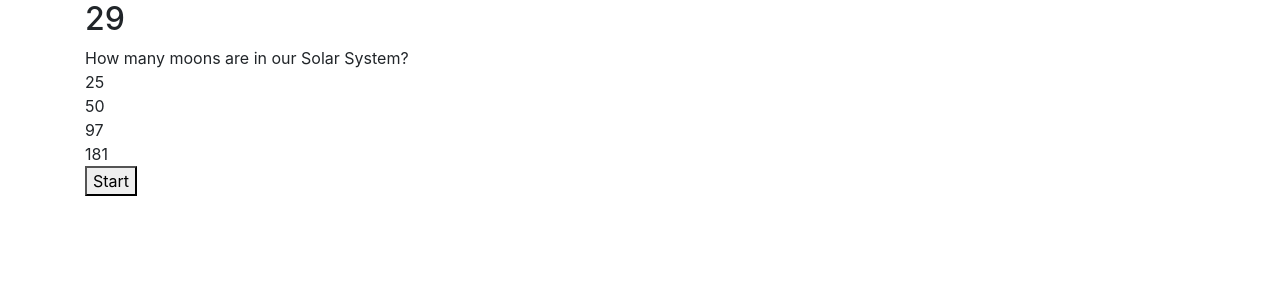
Repository: dsaftler/Trivia
Page: index.html
An editor plug-in stored every save of this project. The page is shown before and after the next save, followed by the edit.
The browser window is 1280 px wide. The pictures show the whole page.
After loading, the first visible `#newGame` was clicked once.

Above is the page before, as saved 2019-04-12 23:18:57.

### index.html
<!DOCTYPE html>
<html lang="en">
<head>
  <meta charset="UTF-8">
  <meta name="viewport" content="width=device-width, initial-scale=1.0">
  <meta http-equiv="X-UA-Compatible" content="ie=edge">
  <link rel="stylesheet" href="https://stackpath.bootstrapcdn.com/bootstrap/4.3.1/css/bootstrap.min.css"
    integrity="sha384-ggOyR0iXCbMQv3Xipma34MD+dH/1fQ784/j6cY/iJTQUOhcWr7x9JvoRxT2MZw1T" crossorigin="anonymous">
  <!-- custom css -->
  <link rel="stylesheet" href="assets/css/style.css" type="text/css">

  <title>Trivia Game</title>
</head>
<body>
<div class="container">
  <div class="showTimer"><span id="timer"></span></div>
  <div class="showQuestion"><span id="question"></span></div>
  <div class="showAnswer"><span id="answer"></span></div>
  <div id="showWinsCnt"><span id="wins"></span></div>
  <div id="showLoseCnt"><span id="wrongs"></span></div>
  <div id="showMissCnt"><span id="misses"></span></div>
  <div class="answers" id="answer0"></div>
  <div class="answers" id="answer1"></div>
  <div class="answers" id="answer2"></div>
  <div class="answers" id="answer3"></div>
  <button id="newGame" onclick="initGame()">Start</button>
  <!-- <button id="temp1" onclick="newQuestion()">Next Question?</button> -->
</div>

<!-- bootstrap scripts -->
<script src="https://code.jquery.com/jquery-3.3.1.slim.min.js"
  integrity="sha384-q8i/X+965DzO0rT7abK41JStQIAqVgRVzpbzo5smXKp4YfRvH+8abtTE1Pi6jizo" crossorigin="anonymous"></script>
<script src="https://cdnjs.cloudflare.com/ajax/libs/popper.js/1.14.7/umd/popper.min.js"
  integrity="sha384-UO2eT0CpHqdSJQ6hJty5KVphtPhzWj9WO1clHTMGa3JDZwrnQq4sF86dIHNDz0W1" crossorigin="anonymous"></script>
<script src="https://stackpath.bootstrapcdn.com/bootstrap/4.3.1/js/bootstrap.min.js"
  integrity="sha384-JjSmVgyd0p3pXB1rRibZUAYoIIy6OrQ6VrjIEaFf/nJGzIxFDsf4x0xIM+B07jRM" crossorigin="anonymous"></script>
<script src="assets/javascript/app.js"></script>


</body>
</html>

### assets/css/style.css
.showTimer
.showQuestion
.showAnswer
.showWinsCnt
.showLoseCnt
.answers

### assets/javascript/app.js
// Advanced game has a 30 second timer that counts down to 0 for each question
// If the timer is 0 OR  a wrong answer is chosen:
  // show the correct answer for 5 seconds
// display a new question
// restart the timer with no user interaction

// questions are contained in an array with question, array of answers, index of correct answer
// question shows in questionId
// "Correct"  or "Correct Answer" shows in answerId
// 4 possible answers show in 4 clickable buttons
// buttons have hover behavior
//  only one can be selected (by click)

// scores for Wins, Losses, and Unanswered are kept (correct, wrong, timer ==0)
// ask to play again in link
// click on play restarts the game without re-loading the page

var qArray =[];
var wins, wrongs, misses, seconds;
var correctAnswerId;
var timer;
var seconds;
var isNewGame = true;
var timerRunning=false;
var i;

// var States = {
//   PREGAME: 1,
//   PLAYING: 2,
//   GAMEOVER: 3,
//   YOUWON: 4
// };
// var GameState = States.PREGAME;


$(document).ready(function () {
  //initGame();
  $(".answers").click(function() {
    stopTimer();
    var $target = $(this).attr("id")
    for(let j = 0; j<4; j++) {
      jtarget = "answer" + j
      //console.log(jtarget)
      if (jtarget === $target){
        if (j === correctAnswerId){
          win();
        } else {
          lose();
        }
      }
    }
  })
})

function initGame() {

  wins = 0;
  wrongs = 0;
  misses = 0;
  i = 0;
  loadQuestions();
  newQuestion(i);
  //qArray.jsGameState = States.PLAYING;
 // newQuestion();
}


function newQuestion(i)
{
  // show game pieces: question, answers
  if(i>qArray.length){
    gameOver();
  }

  console.log(qArray[i]);
  $("#question").text(qArray[i].question);
  $("#answer0").text(qArray[i].ansArray[0]);
  console.log(qArray[i].ansArray[0]);
  $("#answer1").text(qArray[i].ansArray[1]);
  $("#answer2").text(qArray[i].ansArray[2]);
  $("#answer3").text(qArray[i].ansArray[3]);
  correctAnswerId = qArray[i].correct;
  console.log(qArray[i].ansArray[correctAnswerId]);
  info = qArray[i].extra;
  seconds = 30;
  showTime();
  timer = setInterval(tick, 1000);

}


function gameOver()
{
  $("#wins").text(wins);
  $("#wrongs").text(wrongs);
  $("#misses").text(misses);
  $("#newGame").text("Play Again?");
  $("#newGame").show();
}


//  The decrement function.
function tick()
{
  //  Decrease number by one.

  seconds--;
  if (seconds < 0) {
    //  ...run the stop function.
    stopTimer()
    //  Alert the user that time is up.
    miss();
    //document.getElementById("temp1").style.display = "block";
    return;
  }
  showTime();

}

function stopTimer()
{
  clearInterval(timer);
}

//  Execute the run function.
function showTime()
{
 $("#timer").html("<h2>" + seconds + "</h2>");
 console.log(seconds);
}
function win() {
  alert("Correct");
  wins++;
  newQuestion(i++);
}
function lose() {
  alert("Incorrect")
  wrongs++
  newQuestion(i++);
}
function Miss(){
  misses++;
  newQuestion(i++);
 // showMisses
}
function loadQuestions(){
qArray = [
    {
      question: "How many moons are in our Solar System?",
      correct: 3,
      ansArray: [25, 50, 97, 181],
      extra: "These moons (also known as natural satellites) vary greatly in size and quantity per planet. For example, the largest moon is Jupiter’s Ganymede, and the smallest is Mar’s Deimos. Ganymede has a diameter of 3,273 miles, and Deimos has a diameter of 7 miles."
    },
    {
      question: "What percent of the universe is dark matter? (Plus or minus 2%.)",
      correct: 1,
      ansArray: ["15%", "27%", "50%", "80%"],
      extra: "The rest of the universe is around 68% dark energy, and less than 5% of the universe is made up of what we would consider ‘normal’ matter. This means that roughly 80% of the mass of the universe is made up of material we cannot see."
    },
    {
      question: "What is the most common type of star found in the Milky Way?",
      correct: 1,
      ansArray: ["Neutron stars", "Red dwarf stars", "Supernovae", "G-type"],
      extra: "Red dwarf stars make up an estimated ¾ of all stars found in the Milky Way. The surface temperature of red dwarf stars is less than 4,000 Kelvin, and they have a very low luminosity and therefore cannot be easily seen. In fact, from Earth not one red dwarf star can be seen with the naked eye. Since they develop very slowly and are constant for trillions of years, there are actually no advanced stars of this type in our galaxy because our galaxy is too young!"
    },
    {
      question: "What is the closest star to the Sun?",
      correct: 0,
      ansArray: ["Proxima Centauri", "Tau Ceti", "51 Pegasi", "Rigel"],
      extra: "Proxima Centauri is a red dwarf star located in Alpha Centauri system, which is in the Centaurus constellation. Alpha Centauri is actually a triple star system with Proxima Centauri being the closest to the sun. It is 4.24 light years away from the sun, and is not visible to the naked eye from Earth."
    },
    {
      question: "What has a gravitational pull so strong that even light cannot escape it?",
      correct: 2,
      ansArray: ["Quantum gravity well", "3rd law of thermodynamics", "Black hole", "Mutual attraction"],
      extra: "Black holes are one of the deadliest things in the universe. They are formed when a star with a mass more than three times that of our sun dies and collapses onto itself after an explosion called a supernova. Black holes can siphon the gas out of stars until they vanish. They can even break apart and swallow planets."
    },
    {
      question: "Which NASA space flight was the last manned mission to the moon?",
      correct: 3,
      ansArray: ["Skylab 4", "Gemini 12", "Skynet 3", "Apollo 17"],
      extra: "Apollo 17 launched on December 7, 1972 as the first night launch done by NASA. It was also the final mission of NASA’s Apollo program. Apollo 17 was the last time humans traveled beyond low Earth orbit. The mission also boasted that at the time it had the longest moon landing, largest lunar samples, longest time in orbit, and the longest total moonwalks."
    },
    {
      question: "What is the longest continuous time a human has spent in space? (Plus or minus 20 days.)",
      correct: 2,
      ansArray: ["37 days", "189 days", "437 days", "500 days"],
      extra: "This amounts to more than 14 months in space. This feat was accomplished by Valeri Polyakov, a Russian astronaut who stayed aboard the Mir space station from January 1994 to March 1995. When Polyakov retired he had over 678 cumulative days in space, and his combined space time was over 22 months."
    },
    {
      question: "How much time does sun rays take to reach earth?",
      correct: 2,
      ansArray: ["58 seconds", "3.5 minutes", "8 minutes", "14 minutes"],
      extra: "The speed of light in vacuum, commonly denoted c, is a universal physical constant important in many areas of physics. Its exact value is299,792,458 meters per second (approximately 300,000 km/s (186,000 mi/s))."
    },
    {
      question: "When the Halley’s Comet will be visible from Earth again?",
      correct: 3,
      ansArray: ["2024", "2039", "2042", "2061"],
      extra: "Halley's Comet is arguably the most famous comet. It is a ‘periodic’ comet and returns to Earth's vicinity about every 75 years, making it possible for a human to see it twice in his or her lifetime. The last time it was here was in 1986, and it is projected to return in 2061."
    },
    {
      question: "How long was the shortest space flight?",
      correct: 0,
      ansArray: ["15 minutes", "73 minutes", "4.5 hours", "3 days"],
      extra: "This occurred on May 5, 1961 when Alan Shepard achieved an altitude of 115 miles in NASA’s Freedom 7. He was also the first American in space. Shepard later went on to become the oldest person to walk on the surface of the moon. He achieved this in 1971 during the Apollo 14 mission. At the time, he was 47 years old."
    }
  ]
  console.log(qArray);
};

After the next save:
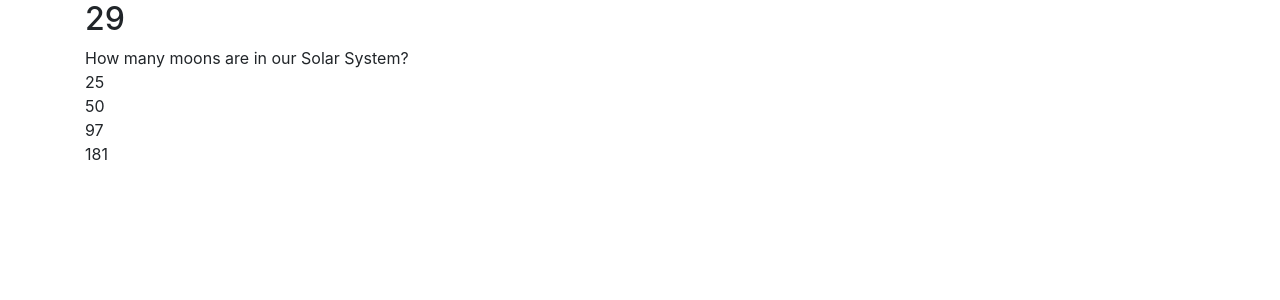
Saved 116 s later.
--- a/assets/javascript/app.js
+++ b/assets/javascript/app.js
@@ -60,6 +60,7 @@ function initGame() {
   i = 0;
   loadQuestions();
   newQuestion(i);
+  $("#newGame").hide();
   //qArray.jsGameState = States.PLAYING;
  // newQuestion();
 }
